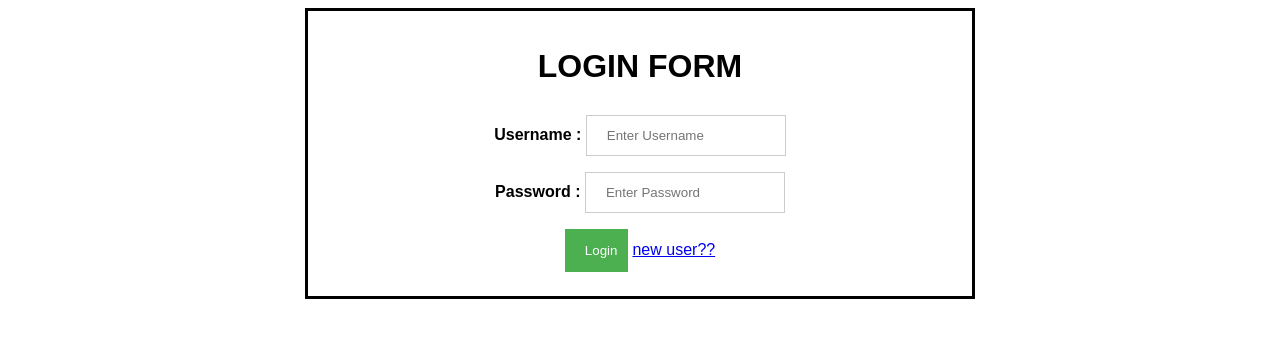
Repository: mugdha97/JSPServlet
Page: http://localhost/com.bridgelabz.loginRegister/login.jsp
An editor plug-in stored every save of this project. The page is shown before and after the next save, followed by the edit.
The browser window is 1280 px wide. The pictures show the whole page.
The page is served by Tomcat 9. Other server files are loaded and not shown.

Above is the page before, as saved 2019-10-19 05:17:01.

### com.bridgelabz.loginRegister/WebContent/login.jsp
<%@ page language="java" contentType="text/html; charset=UTF-8"
    pageEncoding="UTF-8"%>
<!DOCTYPE html>
<html>
<head>
<meta charset="UTF-8">
<link rel="stylesheet" href="login.css"> <!-- add css files -->
</head>
<body>
<center>

<div class="container">
<form action="login" method="post">
		<div><h1> LOGIN FORM</h1></div>
      <label for="uname"><b>Username : </b></label>
      <input type="text" placeholder="Enter Username" name="uname" required><br>

      <label for="psw"><b>Password : </b></label>
      <input type="password" placeholder="Enter Password" name="password" required><br>

      <button type="submit"value="login">Login</button>
     <a href="Registration.jsp">new user??</a>
     </form>
    </div>

    </center>
</body>
</html>

### com.bridgelabz.loginRegister/WebContent/login.css
body {font-family: Arial, Helvetica, sans-serif;}

/* Full-width input fields */
input[type=text], input[type=password] {
  width: 25%;
  padding: 12px 20px;
  margin: 8px 0;
  display: inline-block;
  border: 1px solid #ccc;

}

/* Set a style for all buttons */
button {
  background-color: #4CAF50;
  color: white;
  padding: 14px 20px;
  margin: 8px 0;
  border: none;
  cursor: pointer;
  width: 10%;
}

button:hover {
  opacity: 0.8;
}

/* Extra styles for the cancel button */


.container {
  padding: 16px;
 border-style: solid;
 width:50%;
}

span.psw {
  float: right;
  padding-top: 16px;
}

/* The Modal (background) */
.modal {
  display: none; /* Hidden by default */
  position: fixed; /* Stay in place */
  z-index: 1; /* Sit on top */
  left: 0;
  top: 0;
  width: 100%; /* Full width */
  height: 100%; /* Full height */
  overflow: auto; /* Enable scroll if needed */
  background-color: rgb(0,0,0); /* Fallback color */
  background-color: rgba(0,0,0,0.4); /* Black w/ opacity */
  padding-top: 60px;
}

/* Modal Content/Box */
.modal-content {
  background-color: #fefefe;
  margin: 5% auto 15% auto; /* 5% from the top, 15% from the bottom and centered */
  border: 1px solid #888;
  width: 80%; /* Could be more or less, depending on screen size */
}

/* The Close Button (x) */
.close {
  position: absolute;
  right: 25px;
  top: 0;
  color: #000;
  font-size: 35px;
  font-weight: bold;
}

.close:hover,
.close:focus {
  color: red;
  cursor: pointer;
}

After the next save:
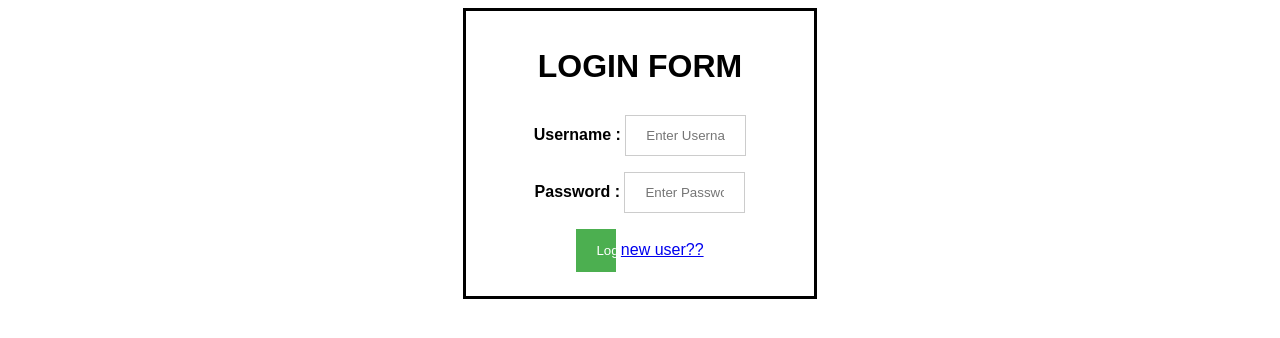
Saved 11 s later.
--- a/com.bridgelabz.loginRegister/WebContent/login.css
+++ b/com.bridgelabz.loginRegister/WebContent/login.css
@@ -31,7 +31,7 @@ button:hover {
 .container {
   padding: 16px;
  border-style: solid;
- width:50%;
+ width:25%;
 }
 
 span.psw {
